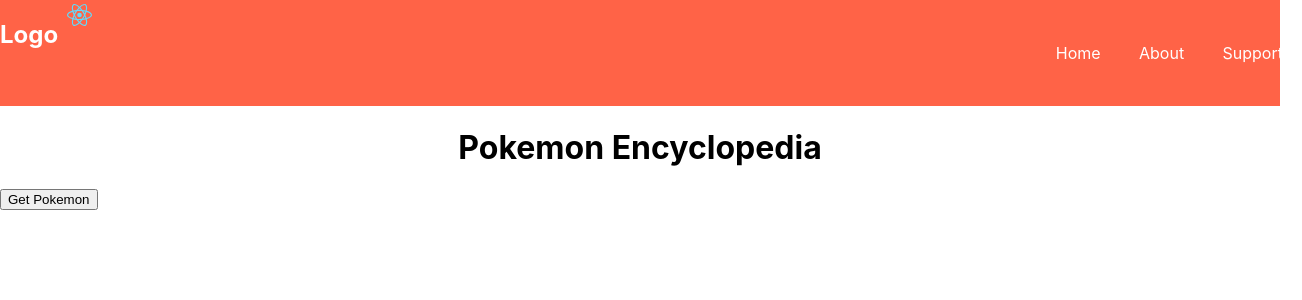
Repository: Gibberlin/pokedex
Page: /
An editor plug-in stored every save of this project. The page is shown before and after the next save, followed by the edit.
The browser window is 1280 px wide. The page is 1302 px wide, so the pictures cover 1302 px, including what lies to the right of the window. The pictures show the whole page.
The project was rebuilt for these pictures with package versions that can differ from the ones it lists, and the page was loaded fresh each time.

Above is the page before, as saved 2021-09-29 00:37:42.

After the next save:
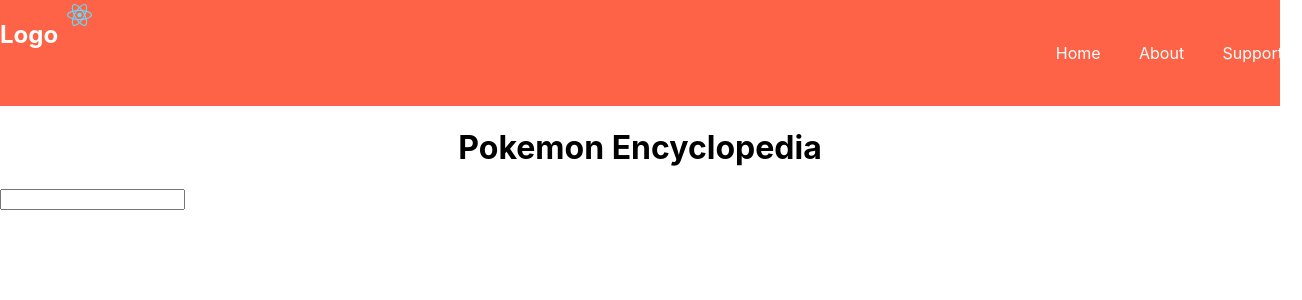
Saved 10 min 50 s later.
--- a/src/components/Cards.js
+++ b/src/components/Cards.js
@@ -20,7 +20,7 @@
 
     return (
         <div className="card">
-            <button onClick={getPoke}>Get Pokemon</button>
+            <input type="text"  />
             <br />
             <h1>{poke}</h1>
 
